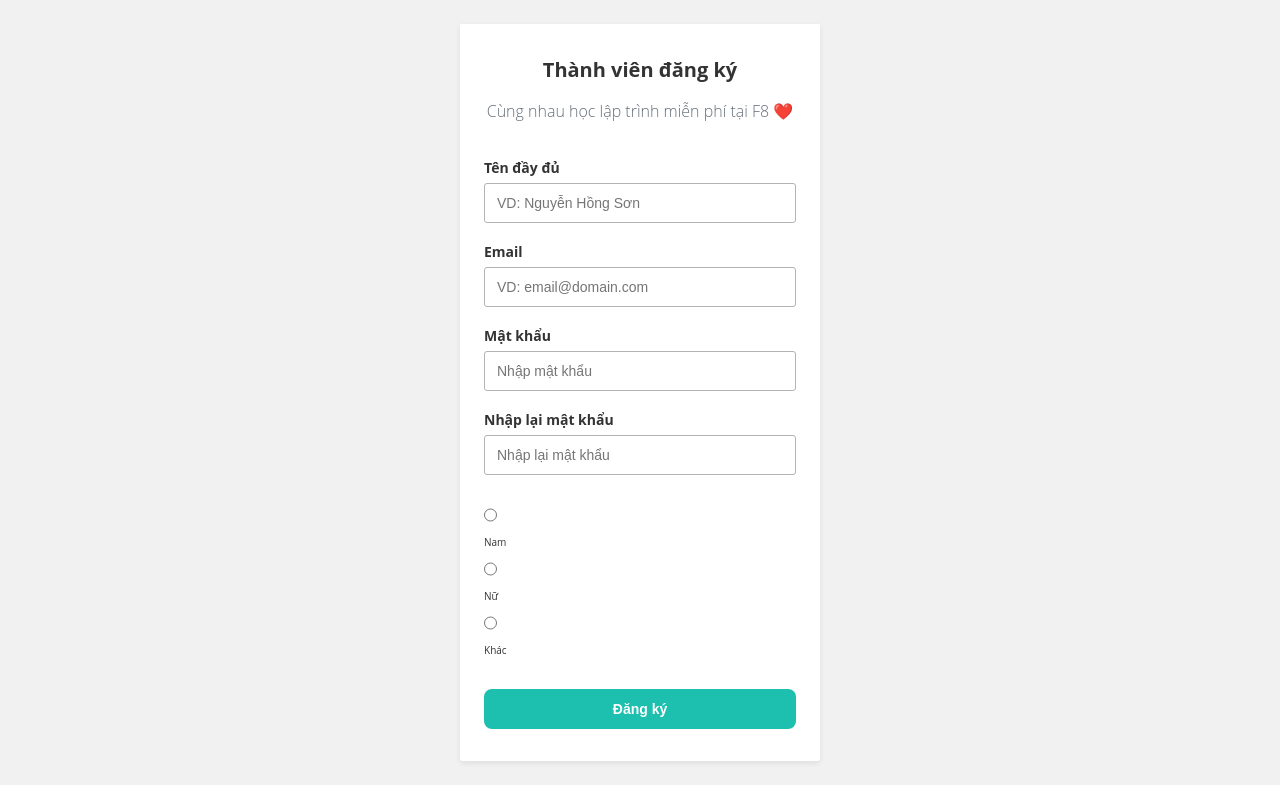
Repository: ahihison/Validation
Page: index.html
An editor plug-in stored every save of this project. The page is shown before and after the next save, followed by the edit.
The browser window is 1280 px wide. The pictures show the whole page.

Above is the page before, as saved 2022-08-31 09:28:54.

After the next save:
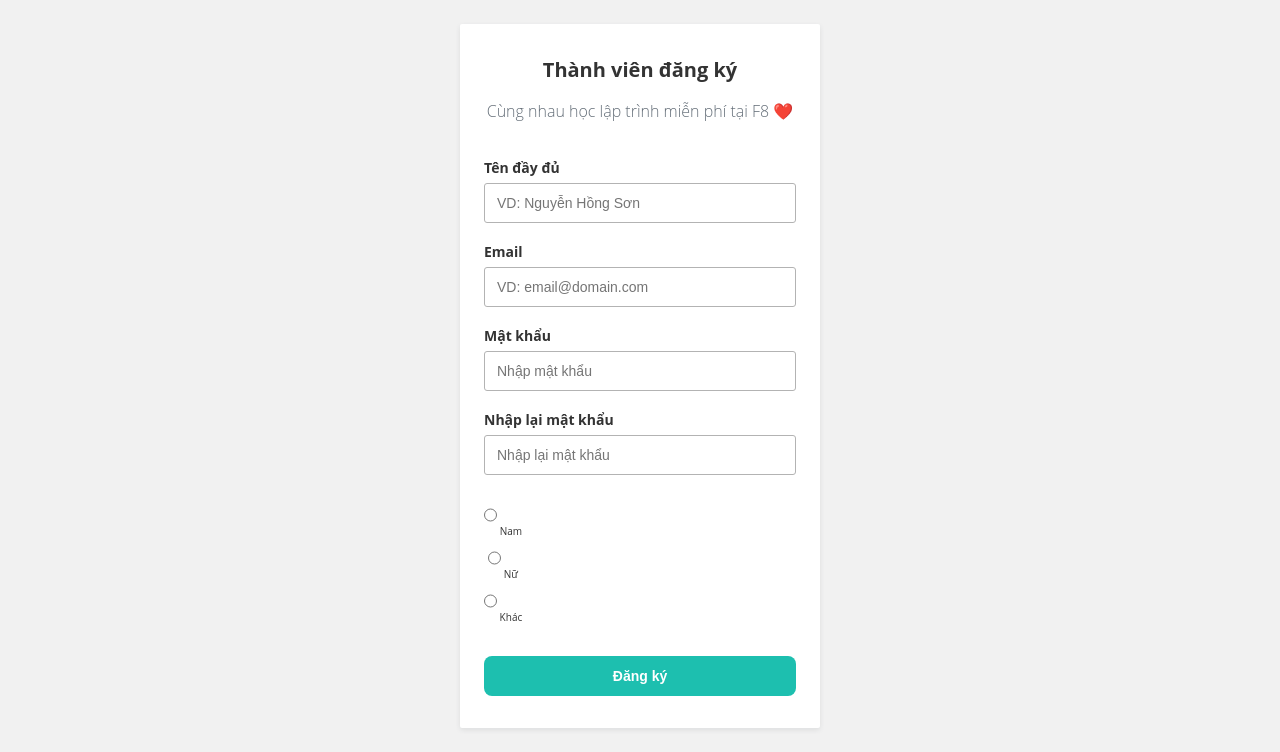
Saved 109 s later.
--- a/style.css
+++ b/style.css
@@ -30,10 +30,7 @@
 
 
 }
-.form-group #gender {
-display:flex;
 
-}
 .format{
   display: flex;
     flex-direction: row;

After the save that followed:
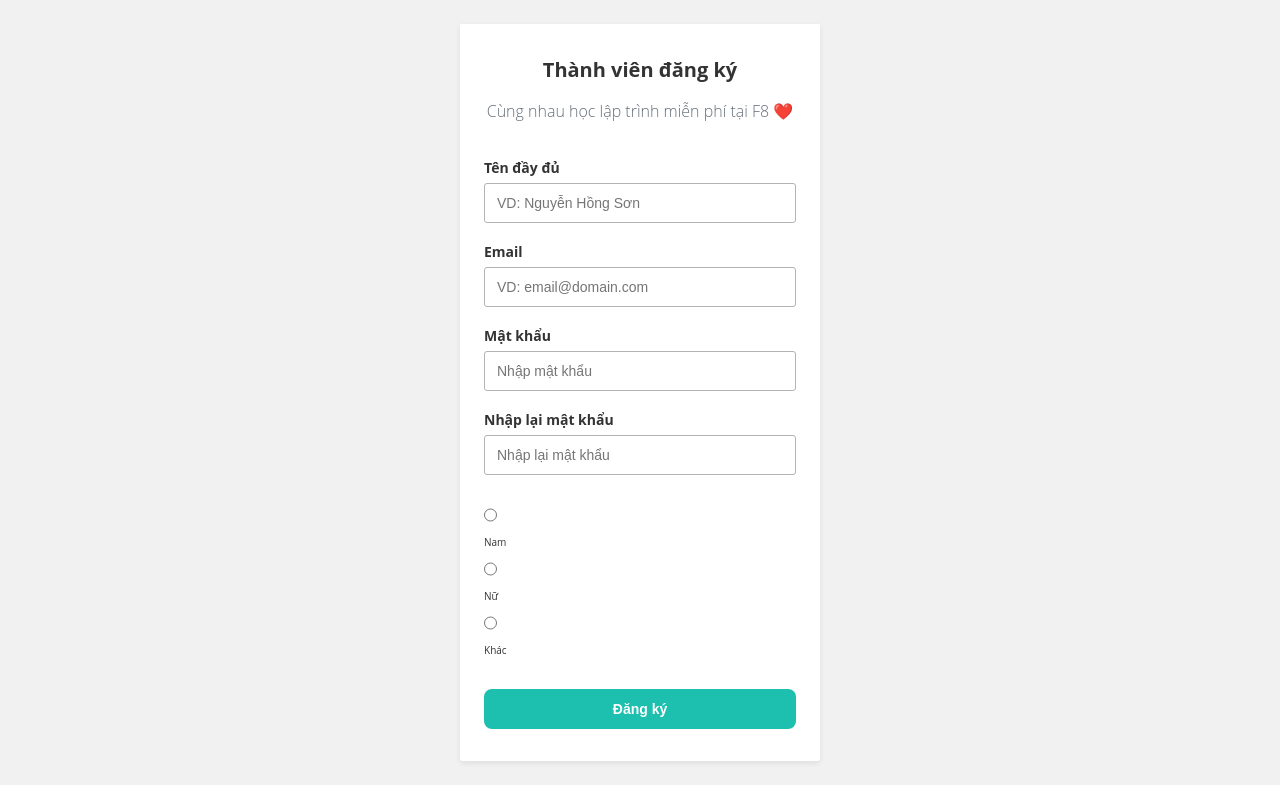
Saved 5 s later.
--- a/style.css
+++ b/style.css
@@ -30,7 +30,10 @@
 
 
 }
+.form-group #gender {
+display:flex;
 
+}
 .format{
   display: flex;
     flex-direction: row;
